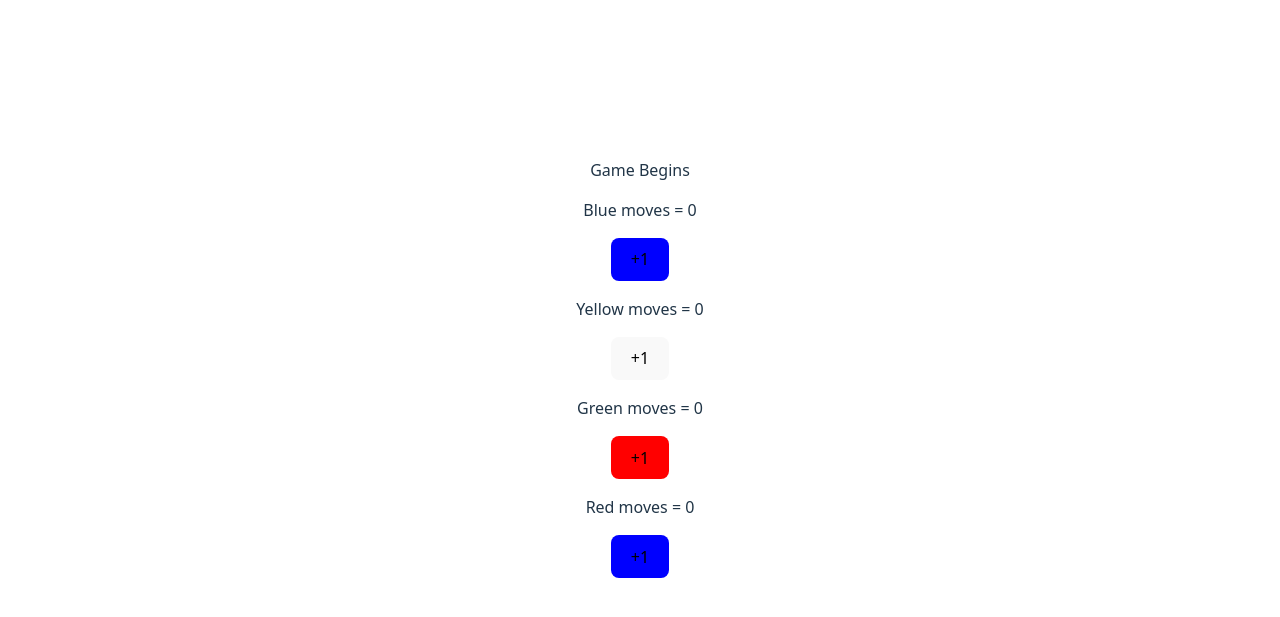
Repository: Ravikumar7210/Web_workspace
Page: / (app in React_Projects/Basic_Ludo/)
These files come from the project's save history. The page is drawn as it stood at one moment and after the next save; the edit follows.
The browser window is 1280 px wide. The pictures show the whole page.
The project was rebuilt for these pictures with package versions that can differ from the ones it lists, and the page was loaded fresh each time. Also part of the build but not shown: React_Projects/Basic_Ludo/vite.config.js.

Above is the page before, as saved 2025-04-01 14:21:33.

After the next save:
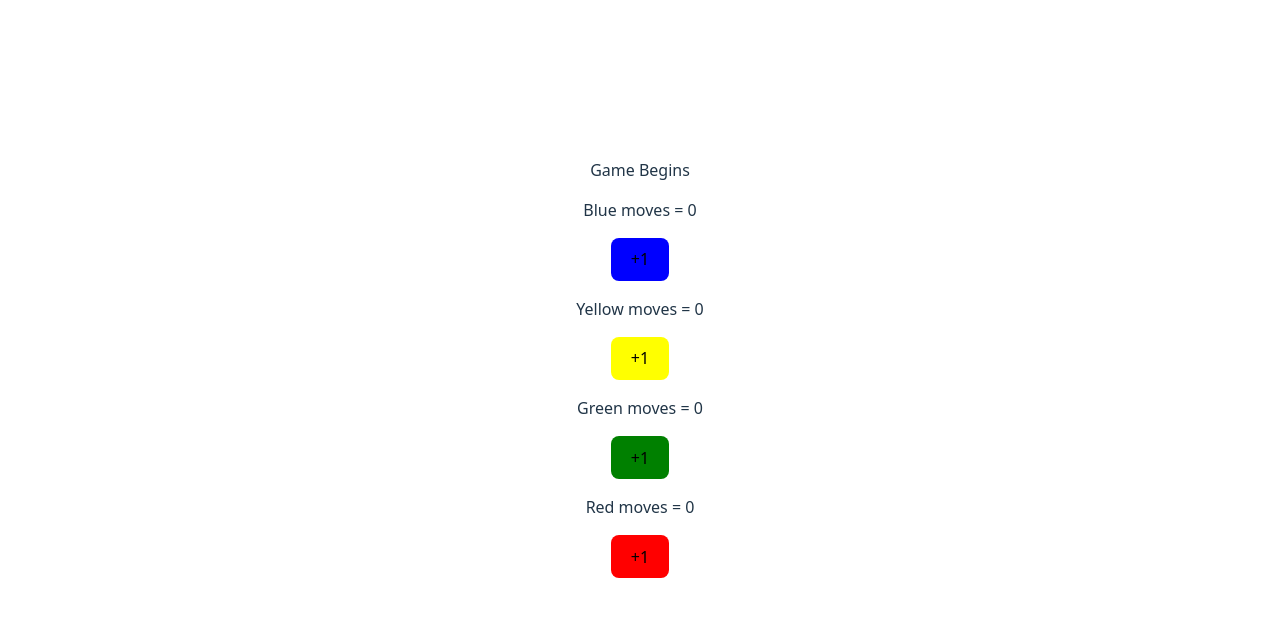
Saved 29 s later.
--- a/React_Projects/Basic_Ludo/src/LudoBoard.jsx
+++ b/React_Projects/Basic_Ludo/src/LudoBoard.jsx
@@ -10,11 +10,11 @@
          <p>Blue moves = {moves.blue}</p>
          <button style = {{backgroundColor:"blue"}}>+1</button>
          <p>Yellow moves = {moves.red}</p>
-         <button style = {{backgroundColor:"yelloe"}} >+1</button>
+         <button style = {{backgroundColor:"yellow"}} >+1</button>
          <p>Green moves  = {moves.yellow}</p>
+         <button style = {{backgroundColor:"green"}} >+1</button>
+         <p>Red moves  = {moves.blue}</p>
          <button style = {{backgroundColor:"red"}} >+1</button>
-         <p>Red moves  = {moves.blue}</p>
-         <button style = {{backgroundColor:"blue"}} >+1</button>
         </div>
     </div>
     );
